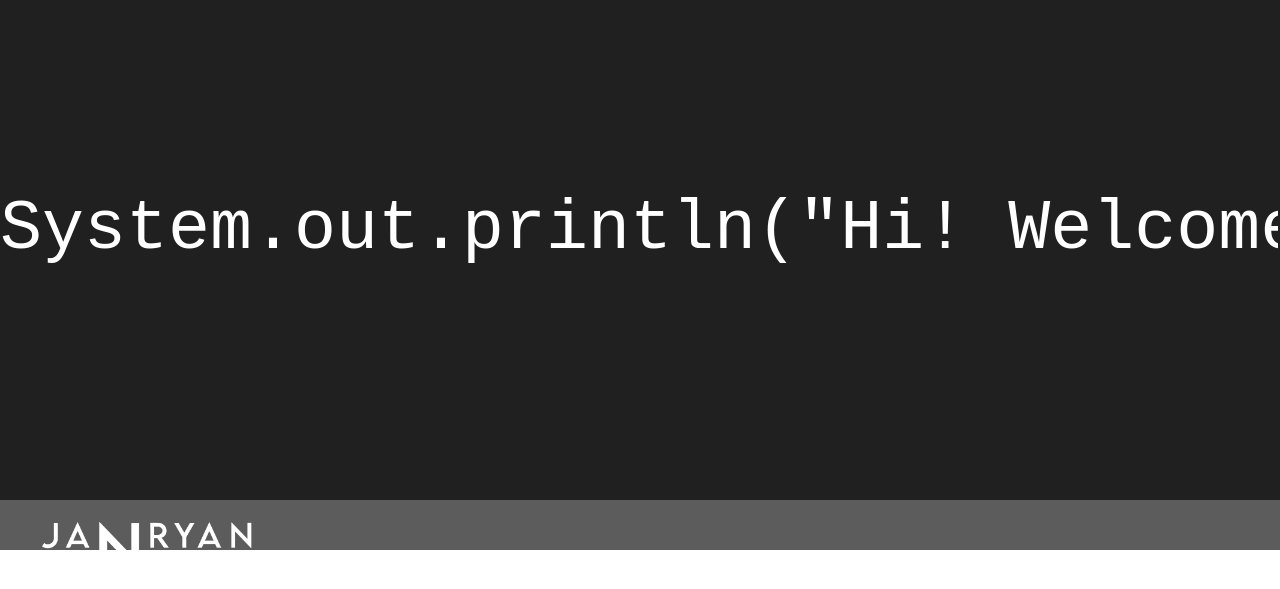
Repository: janry-gracia/Divinagracia_FinalProject
Page: Pages/storyofmylife.html
The author's editor kept a copy of each file at every save. The page is drawn from the files as they stood at one save, then again after the next save.
The browser window is 1280 px wide. The pictures show the whole page.

Above is the page before, as saved 2021-05-18 00:27:13.
Console error: TypeError: Cannot read properties of null (reading 'addEventListener')

### Pages/storyofmylife.html
<!DOCTYPE html>
<html lang="en">
<head>
    <meta charset="UTF-8">
    <meta http-equiv="X-UA-Compatible" content="IE=edge">
    <meta name="viewport" content="width=device-width, initial-scale=1.0">
    <title>Story of My Life</title>
    <link rel="stylesheet" href="/css/bootstrap.css">
    <link rel="stylesheet" href="/css/storyofmylife.css">
</head>
<body>

    <div class="container-fluid ">

        <div class="container-fluid message">
            <p class="message typewriter">System.out.println("Hi! Welcome to my LIFE.")</p>
        </div>

        <nav class="nav navbar-expand-md position-sticky">
            <div class="container-fluid">
                <a href="#" class="navbar-brand"><img src="/Pictures/logo.png" alt="Picture of My logo" width="300"></a>
            </div>
        </nav>




    </div>


    <script src ="/js/jquery-3.6.0.min.js"></script>
    <script src="/js/bootstrap.js"></script>
    <script src="/js/script.js"></script>

</body>
</html>

### css/storyofmylife.css
@import url('https://fonts.googleapis.com/css2?family=Fira+Code:wght@300;400;500&display=swap');

*{
    padding: 0;
    margin: 0;
    box-sizing: border-box;
}

html, body{
    height: 100%;
    width: 100%;
    overflow: hidden;

}

.container-fluid{
    padding: 0;
    margin: 0;
    box-sizing: border-box;
}

div.message{
    height: 500px;
    background-color: rgb(32, 32, 32);
    text-align: center;

}

p.message{
    margin-top: 180px;
    font-family: 'Fire Code', monospace;
    font-size: 5em;
    font-weight: 200;
    color: white;
    border-right: solid 2px rgb(255, 255, 255);
    white-space: nowrap;
    overflow: hidden;
    animation: animated-text 4s steps(45,end) 1s 1 normal both ,
               animated-cursor 1000ms steps(45,end) infinite alternate;
}

.nav{
    background-color: rgb(92, 92, 92);
}



  /* Animation */
  @keyframes animated-text{
    from{width: 0%;}
    to{width: 100%;}
  }

  /* cursor animations */

  @keyframes animated-cursor{
    from{border-right-color: rgb(255, 255, 255);}
    to{border-right-color: transparent;}
  }

### js/script.js
let btn1= document.querySelector(".box1");
let btn2 = document.querySelector(".box2");
let text = document.querySelector(".greeting");
let frontpage = document.querySelector(".frontpage");
let secondpage = document.querySelector(".secondpage");
let button = document.querySelector(".button");
let logo = document.querySelector(".logo");



btn1.addEventListener("click", function() {
    btn1.classList.add("box1transition");
    btn1.style.transition = "transform 3s";
    btn2.classList.add("box2transition");
    btn2.style.transition = "transform 3s";
    text.style.animationName = "hidecontent";

    setTimeout(function () {
        window.open('Pages/backpage.html', '_self');
    }, 2500);

});


btn2.addEventListener("click", function() {
    btn1.classList.add("box1transition");
    btn1.style.transition = "transform 3s";
    btn2.classList.add("box2transition");
    btn2.style.transition = "transform 3s";
    text.style.animationName = "hidecontent";
    setTimeout(function () {
        window.open('Pages/backpage.html', '_self');
    }, 2500);

});


text.addEventListener("click", function() {
    btn1.classList.add("box1transition");
    btn1.style.transition = "transform 3s";
    btn2.classList.add("box2transition");
    btn2.style.transition = "transform 3s";
    text.style.animationName = "hidecontent";
    setTimeout(function () {
        window.open('Pages/backpage.html', '_self');
    }, 2500);

});

Loaded but not shown: css/bootstrap.css (library); js/jquery-3.6.0.min.js (library); js/bootstrap.js (library)

After the next save:
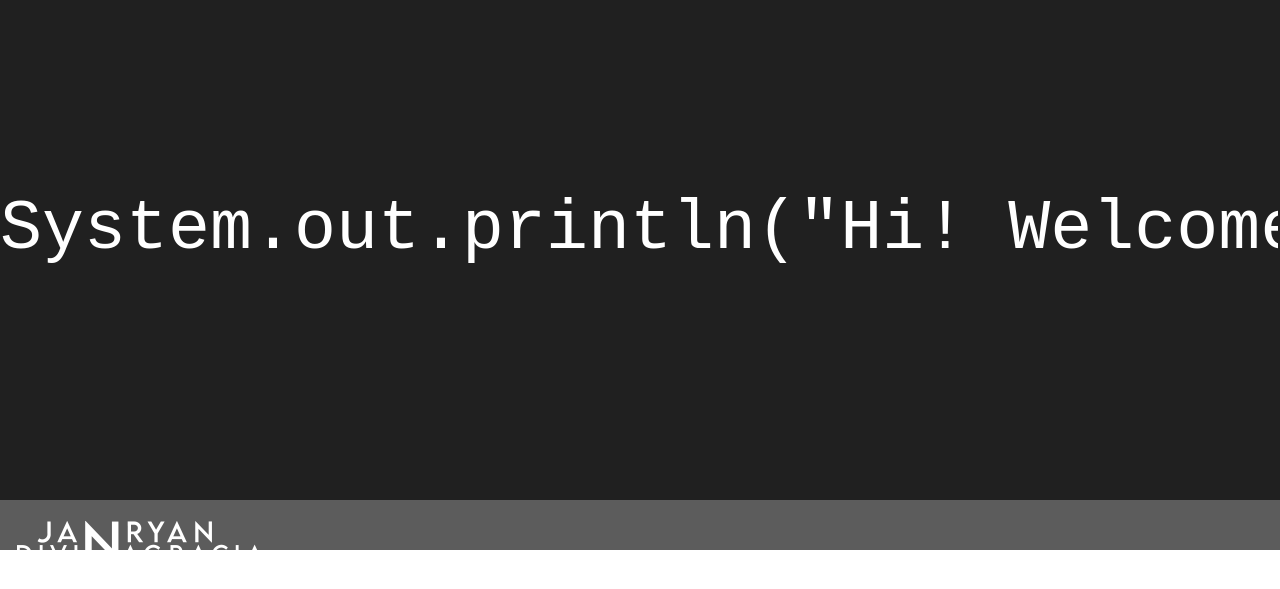
Saved 7 s later.
--- a/Pages/storyofmylife.html
+++ b/Pages/storyofmylife.html
@@ -18,7 +18,7 @@
 
         <nav class="nav navbar-expand-md position-sticky">
             <div class="container-fluid">
-                <a href="#" class="navbar-brand"><img src="/Pictures/logo.png" alt="Picture of My logo" width="300"></a>
+                <a href="#" class="navbar-brand"><img src="/Pictures/logo.png" alt="Picture of My logo" width="250"></a>
             </div>
         </nav>
 
